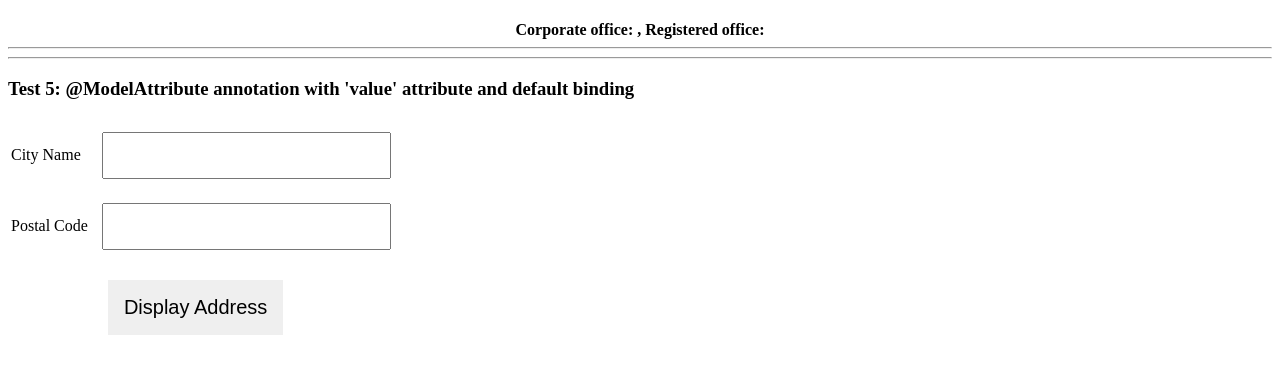
Repository: arrmixer/Java_Spring
Page: http://localhost/spring-mvc-model-attribute-demo/WEB-INF/views/modelAttributeHome.jsp
These files come from the project's save history. The page is drawn as it stood at one moment and after the next save; the edit follows.
The browser window is 1280 px wide. The pictures show the whole page.
The page is served by Tomcat 9. Nobody is signed in. The template is opened directly, without the code that normally fills it, so the values that code supplies are empty.

Above is the page before, as saved 2017-07-25 03:27:01.

After the next save:
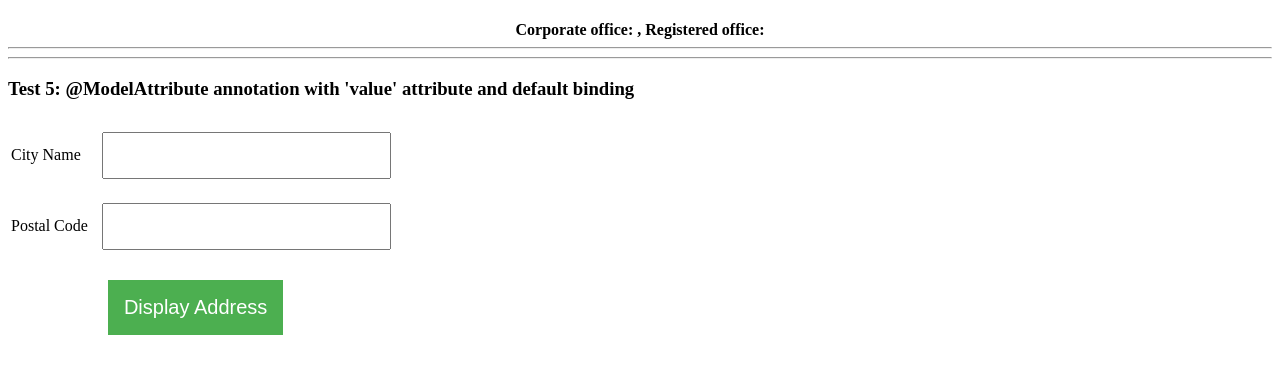
Saved 4 min 15 s later.
--- a/spring-mvc-model-attribute-demo/WebContent/WEB-INF/views/modelAttributeHome.jsp
+++ b/spring-mvc-model-attribute-demo/WebContent/WEB-INF/views/modelAttributeHome.jsp
@@ -15,12 +15,12 @@
 
 input[type=submit] {
 	border: none;
-	background-color: #4CAF50,
+	background-color: #4CAF50;
 	color: white;
 	padding: 16px;
 	margin: 16px;
 	cursor: pointer;
-	font-size: 20px;
+	font-size: 20px
 }
 
 h1, h2 {
@@ -54,7 +54,7 @@
 				</tr>
 				<tr>
 					<td></td>
-					<td><input type="submit" value="Display Address"/></td>
+					<td><input type="submit" value="Display Address" /></td>
 				</tr>
 			</table>
 		</form:form>
